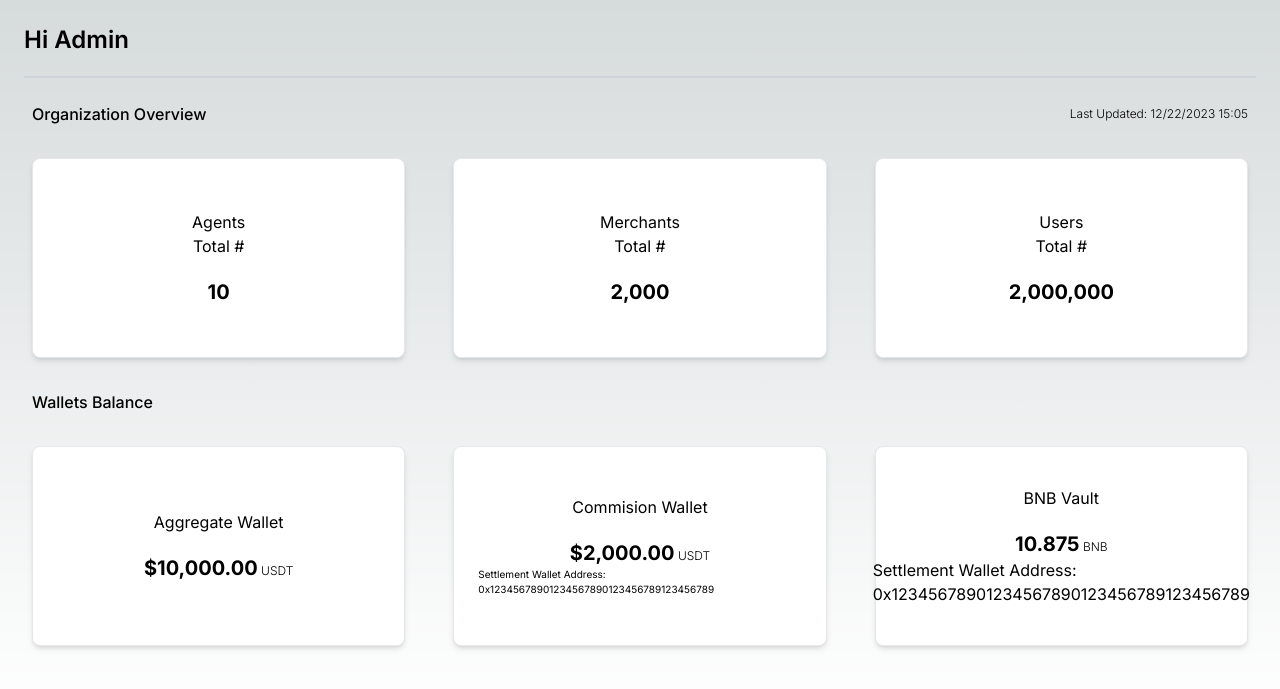
Repository: khairul35/merchant-dashboard
Page: /home
These files come from the project's save history. The page is drawn as it stood at one moment and after the next save; the edit follows.
The browser window is 1280 px wide. The pictures show the whole page.
The project was rebuilt for these pictures with package versions that can differ from the ones it lists, and the page was loaded fresh each time. The framework's server and built-in components were replaced by stand-ins that run in the browser. Also part of the build but not shown: next.config.js, app/components/layout/Header/index.module.css, app/components/layout/Header/index.component.tsx, app/components/layout/Navigation/index.module.css, app/components/layout/Navigation/index.component.tsx, app/components/layout/Navigation/menus.tsx.

Above is the page before, as saved 2024-01-03 17:45:59.

### app/layout.tsx
import type { Metadata } from 'next'
import { Inter } from 'next/font/google'
import Header from './components/layout/Header';
import Navigation from './components/layout/Navigation';
import { NotificationProvider } from './components/notification/NotificationContext.client';
import './globals.css';

const inter = Inter({ subsets: ['latin'] })

export const metadata: Metadata = {
  title: 'Merchant apps',
  description: 'Merchant web app',
}

export default function RootLayout({
  children,
}: {
  children: React.ReactNode
}) {
  return (
    <html lang="en">
      <body className={inter.className}>
        <NotificationProvider>
          <div className='flex flex-col h-screen overflow-hidden'>
            <Header />
            <div
              className="flex flex-1"
              style={{
                maxHeight: 'calc(100vh - 77px)',
              }}>
              <Navigation />
              <main className="flex-1 p-4">{children}</main>
            </div>
          </div>
        </NotificationProvider>
      </body>
    </html>
  )
}

### app/home/page.tsx
import Component from "./index.component";
import { HomeProps } from "./index.prop";

const Home = () => {
    const name = 'Admin';
    const organizationOverview = {
        totalAgents: 10,
        totalMerchants: 2000,
        totalUsers: 2000000
    };

    const wallets = {
        aggregateWallet: 10000,
        commisionWallet: 2000,
        BNBVault: 10.875,
        walletAddress: 'Settlement Wallet Address: 0x12345678901234567890123456789123456789',
    }

    const props: HomeProps = {
        name,
        organizationOverview,
        wallets
    }
    return (<Component {...props} />)
};

export default Home;

### app/components/layout/Header/index.tsx
'use client';

import { useEffect } from "react";
import Component from './index.component'
import { HeaderProps } from "./index.props";

const Header = () => {

    const onLogOut = () => {
        window.localStorage.setItem('isLogin', 'false');
        window.location.href = '/login';
    };

    useEffect(() => {
        if (window.localStorage.getItem('isLogin') == 'true') {
        }
    }, []);

    const props: HeaderProps = {
        onLogOut
    }

    return window.localStorage.getItem('isLogin') == 'true' ?
        (
            <Component {...props} />
        )
        : (<></>)
};

export default Header;

### app/components/layout/Navigation/index.tsx
'use client'

import Component from "./index.component";
import { NavigationProps } from "./index.props";
import { useState, useEffect } from 'react';
import { menus } from "./menus";

const Navigation = () => {

    const [currentPath, setCurrentPath] = useState<string>('');

    useEffect(() => {
        setCurrentPath(window.location.pathname);
    }, []);

    const props: NavigationProps = {
        menus,
        path: currentPath,
        setCurrentPath,
    }

    return window.localStorage.getItem('isLogin') == 'true' ?
        (
            <Component {...props} />
        )
        : (<></>)
};

export default Navigation;

### app/components/notification/NotificationContext.client.tsx
'use client';
import React, { createContext, useContext, useState } from 'react';

type NotificationType = 'success' | 'error' | 'loading';

type Notification = {
  message: string;
  type: NotificationType;
};

type NotificationContextType = {
  notification: Notification | null;
  showNotification: (message: string, type: NotificationType) => void;
  closeNotification: () => void;
};

const NotificationContext = createContext<NotificationContextType | null>(null);

interface NotificationProviderProps {
  children: React.ReactNode;
}

export const useNotification = () => {
  const context = useContext(NotificationContext);
  if (!context) {
    throw new Error('useNotification must be used within a NotificationProvider');
  }
  return context;
};

export const NotificationProvider: React.FC<NotificationProviderProps> = ({ children }) => {
  const [notification, setNotification] = useState<Notification | null>(null);

  const closeNotification = () => {
    setNotification(null);
  };

  const showNotification = (message: string, type: NotificationType) => {
    setNotification({ message, type });
    setTimeout(() => {
      closeNotification();
    }, 5000);
  };

  const value: NotificationContextType = {
    notification,
    showNotification,
    closeNotification,
  };

  return (
    <NotificationContext.Provider value={value}>
      {children}
    </NotificationContext.Provider>
  );
};

### app/globals.css
@tailwind base;
@tailwind components;
@tailwind utilities;

:root {
  --foreground-rgb: 0, 0, 0;
  --background-start-rgb: 214, 219, 220;
  --background-end-rgb: 255, 255, 255;
}

body {
  color: rgb(var(--foreground-rgb));
  background: linear-gradient(
      to bottom,
      transparent,
      rgb(var(--background-end-rgb))
    )
    rgb(var(--background-start-rgb));
    margin: 0;
    padding: 0;
}

### app/home/index.component.tsx
import { HomeProps } from "./index.prop";
import styles from './index.module.css';
import OrganizationOverview from './organization-overview';
import Wallet from './wallet-balance';


const Component = (props: HomeProps) => {
    const { name, organizationOverview, wallets } = props;

    return (
        <div>
            <div className="p-2">
                <h2 className="font-semibold text-2xl pb-5 border-b-2 border-y-gray-300">Hi { name }</h2>
            </div>
            <OrganizationOverview {...organizationOverview} />
            <Wallet {...wallets} />
        </div>
    )
};

export default Component;

### app/home/organization-overview/index.tsx
import Component from "./index.component";
import { OrganizationOverviewProps } from "./index.prop";

const OrganizationOverview = (props: OrganizationOverviewProps) => {
    const { totalAgents, totalMerchants, totalUsers } = props;

    const organizationOverviewProps: OrganizationOverviewProps = {
        totalAgents,
        totalMerchants,
        totalUsers,
    }
    return (<Component {...organizationOverviewProps} />)
};

export default OrganizationOverview;

### app/home/wallet-balance/index.tsx
import { WalletProps } from "./index.prop";
import Component from "./index.component";

const WalletBalance = (props: WalletProps) => {
    return (<Component {...props} />)
};

export default WalletBalance;

### app/home/organization-overview/index.component.tsx
import Card from "@/app/components/card";
import { OrganizationOverviewProps } from "./index.prop";
import styles from './index.module.css';
import { formatNumberToComma } from "@/utils/formatNumberToComma";

const Component = (props: OrganizationOverviewProps) => {
    const { totalAgents, totalMerchants, totalUsers } = props;

    return (
        <div>
            <div className="grid grid-cols-1 sm:grid-cols-2 gap-4">
                <div className="p-4 font-medium">Organization Overview</div>
                <div className="p-4 font-light text-xs flex justify-end items-center ">Last Updated: 12/22/2023 15:05</div>
            </div>
            <div className="grid grid-cols-1 sm:grid-cols-2 md:grid-cols-2 lg:grid-cols-3 gap-4">
                <div className="p-4">
                    <Card className={styles.organizationOverviewCard}>
                        <div style={{textAlign: 'center'}}>Agents<br />Total #</div>
                        <div className="font-bold text-xl pt-5">
                            {formatNumberToComma(totalAgents)}
                        </div>
                    </Card>
                </div>
                <div className="p-4">
                    <Card className={styles.organizationOverviewCard}>
                        <div style={{textAlign: 'center'}}>Merchants<br />Total #</div>
                        <div className="font-bold text-xl pt-5">
                            {formatNumberToComma(totalMerchants)}
                        </div>
                    </Card>
                </div>
                <div className="p-4">
                    <Card className={styles.organizationOverviewCard}>
                        <div style={{textAlign: 'center'}}>Users<br />Total #</div>
                        <div className="font-bold text-xl pt-5">
                            {formatNumberToComma(totalUsers)}
                        </div>
                    </Card>
                </div>
            </div>
        </div>
    )
};

export default Component;

### app/home/wallet-balance/index.component.tsx
import Card from "@/app/components/card";
import { WalletProps } from "./index.prop";
import styles from './index.module.css';
import { formatMoney } from "@/utils/formatMoney";

const Component = (props: WalletProps) => {
    const { aggregateWallet, commisionWallet, BNBVault, walletAddress } = props;
    return (
        <div>
            <div className="grid grid-cols-1 sm:grid-cols-2 gap-4">
                <div className="p-4 font-medium">Wallets Balance</div>
            </div>
            <div className="grid grid-cols-1 sm:grid-cols-2 md:grid-cols-2 lg:grid-cols-3 gap-4">
                <div className="p-4">
                    <Card className={styles.walletCard}>
                        <div style={{textAlign: 'center'}}>Aggregate Wallet</div>
                        <div className="font-bold text-xl pt-5">
                            <span>{formatMoney(aggregateWallet, 'USD')}</span>
                            <span className="text-xs font-light"> USDT</span>
                        </div>
                    </Card>
                </div>
                <div className="p-4">
                    <Card className={styles.walletCard}>
                        <div style={{textAlign: 'center'}}>Commision Wallet</div>
                        <div className="font-bold text-xl pt-5">
                            {formatMoney(commisionWallet, 'USD')}
                            <span className="text-xs font-light"> USDT</span>
                        </div>
                        <div className="text-[10px]">{walletAddress}</div>
                    </Card>
                </div>
                <div className="p-4">
                    <Card className={styles.walletCard}>
                        <div style={{textAlign: 'center'}}>BNB Vault</div>
                        <div className="font-bold text-xl pt-5">
                            {BNBVault}
                            <span className="text-xs font-light"> BNB</span>
                        </div>
                        <div>{walletAddress}</div>
                    </Card>
                </div>
            </div>
        </div>
    );
};

export default Component;

### app/components/card/index.tsx
'use client';

import React, { ReactNode } from 'react';

interface CardProps {
  children: ReactNode;
  className?: string;
  style?: React.CSSProperties;
  onClick?: () => void;
  hoverClassName?: string;
}

const Card: React.FC<CardProps> = ({
  children,
  className = '',
  style = {},
  onClick,
  hoverClassName = '',
}) => {
  const handleMouseEnter = () => {
    // Add hover effect on mouse enter if hoverClassName is provided
    if (hoverClassName) {
      const card = document.getElementById('card');
      card?.classList.add(hoverClassName);
    }
  };

  const handleMouseLeave = () => {
    // Remove hover effect on mouse leave if hoverClassName is provided
    if (hoverClassName) {
      const card = document.getElementById('card');
      card?.classList.remove(hoverClassName);
    }
  };

  return (
    <div
      id="card"
      className={`rounded-lg bg-white shadow-md p-6 border border-gray-200 ${className}`}
      style={style}
      onClick={onClick}
      onMouseEnter={handleMouseEnter}
      onMouseLeave={handleMouseLeave}
    >
      {children}
    </div>
  );
};

export default Card;

### app/home/organization-overview/index.module.css
.organizationOverviewCard {
    height: 200px;
    display: flex;
    justify-content: center; /* Horizontally aligns items */
    align-items: center;
    flex-direction: column;
}

### utils/formatNumberToComma.ts
export const formatNumberToComma = (n: number) : string => {
    if (!n) return '0';
    return n.toString().replace(/\B(?=(\d{3})+(?!\d))/g, ',');
};

### app/home/wallet-balance/index.module.css
.walletCard {
    height: 200px;
    display: flex;
    justify-content: center; /* Horizontally aligns items */
    align-items: center;
    flex-direction: column;
}

### utils/formatMoney.ts
export const formatMoney = (amount: number, currency: string): string => {
    const formatter = new Intl.NumberFormat('en-US', {
        style: 'currency',
        currency: currency,
    });
    return formatter.format(amount);
};

### tailwind.config.ts
import type { Config } from 'tailwindcss'

const config: Config = {
  content: [
    './pages/**/*.{js,ts,jsx,tsx,mdx}',
    './components/**/*.{js,ts,jsx,tsx,mdx}',
    './app/**/*.{js,ts,jsx,tsx,mdx}',
  ],
  theme: {
    extend: {
      backgroundImage: {
        'gradient-radial': 'radial-gradient(var(--tw-gradient-stops))',
        'gradient-conic':
          'conic-gradient(from 180deg at 50% 50%, var(--tw-gradient-stops))',
      },
      backgroundColor: {
        'bg-color': '#EAEAEA', // Define a custom background color class
      },
      button: {
        'primary': '#7A7A7A',
      },
      fontWeight: {
        'label': '600',
      },
    },
  },
  plugins: [require("daisyui")],
  daisyui: {
    themes: [
      {
        mytheme: {
          "primary": "##7A7A7A",
          "secondary": "#d926a9",
          "accent": "#1fb2a6",
          "neutral": "#2a323c",
          "base-100": "#1d232a",
          "info": "#3abff8",
          "success": "#36d399",
          "warning": "#fbbd23",
          "error": "#f87272",
        },
      },
    ],
  },
}
export default config

After the next save:
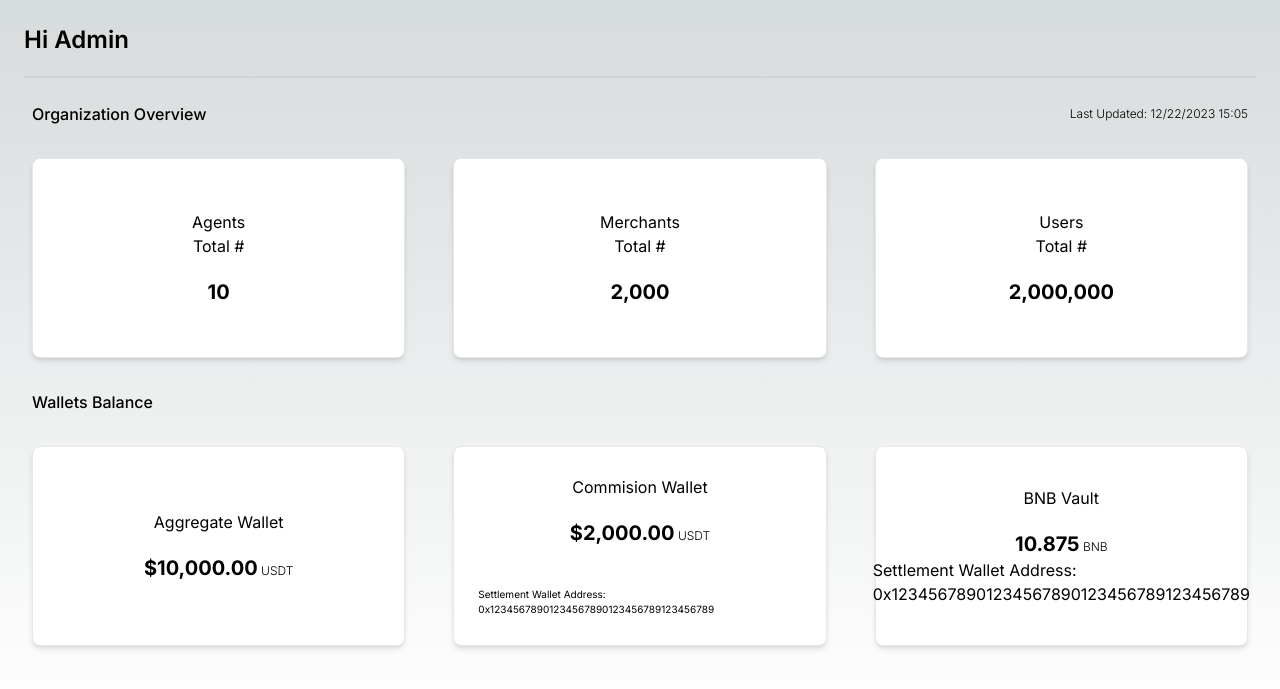
Saved 21 s later.
--- a/app/home/wallet-balance/index.component.tsx
+++ b/app/home/wallet-balance/index.component.tsx
@@ -27,7 +27,7 @@
                             {formatMoney(commisionWallet, 'USD')}
                             <span className="text-xs font-light"> USDT</span>
                         </div>
-                        <div className="text-[10px]">{walletAddress}</div>
+                        <div className="text-[10px] pt-10">{walletAddress}</div>
                     </Card>
                 </div>
                 <div className="p-4">
